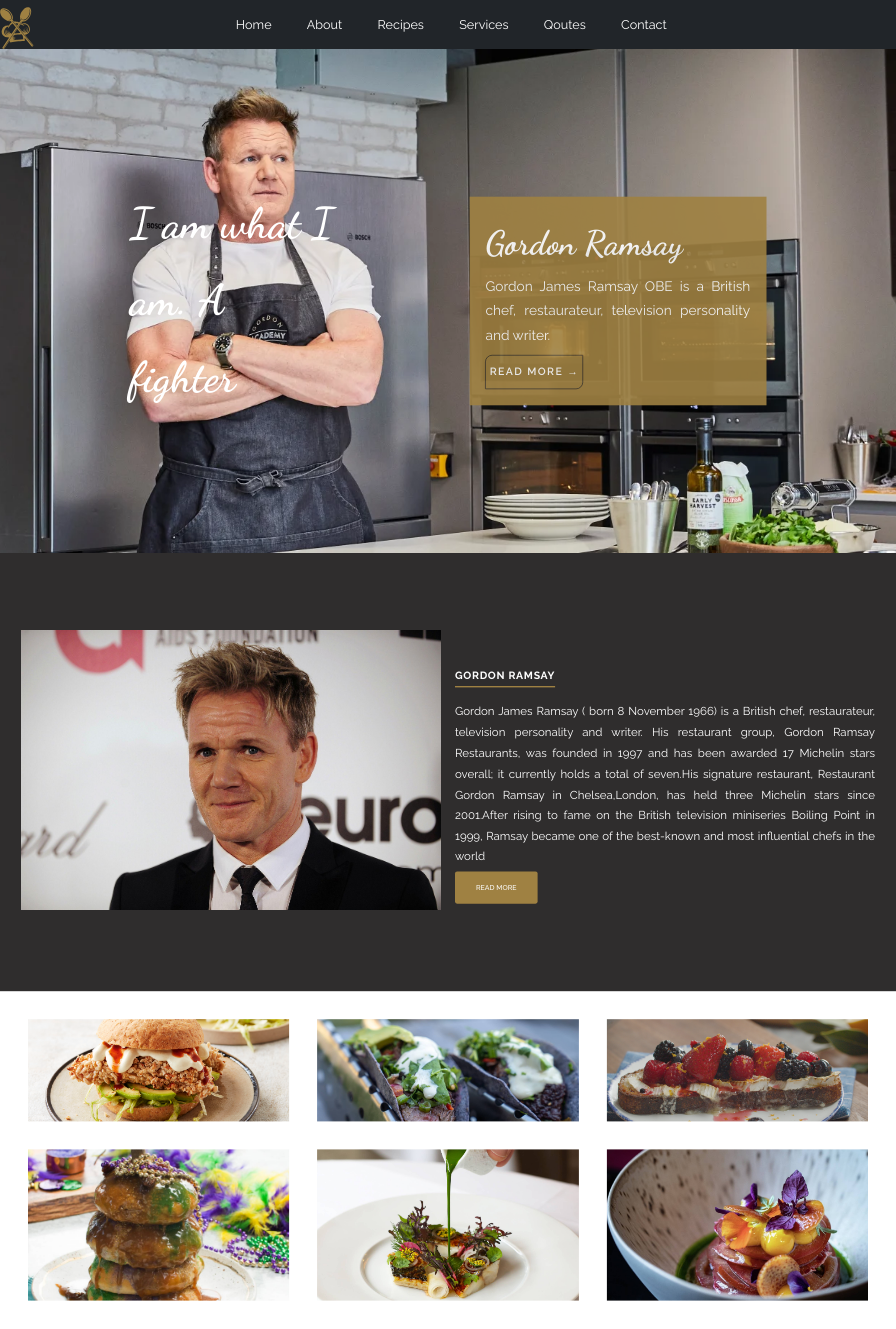
Repository: Esraa22M/Gordon-Ramsay-Biography
Page: index.html
The author's editor kept a copy of each file at every save. The page is drawn from the files as they stood at one save, then again after the next save.
The browser window is 1280 px wide. The pictures show the whole page, at 70% of full size.
Backgrounds fixed to the window are drawn as part of the page. Some web libraries are served in a nearby version.

Above is the page before, as saved 2022-12-19 11:48:31.

After the next save:
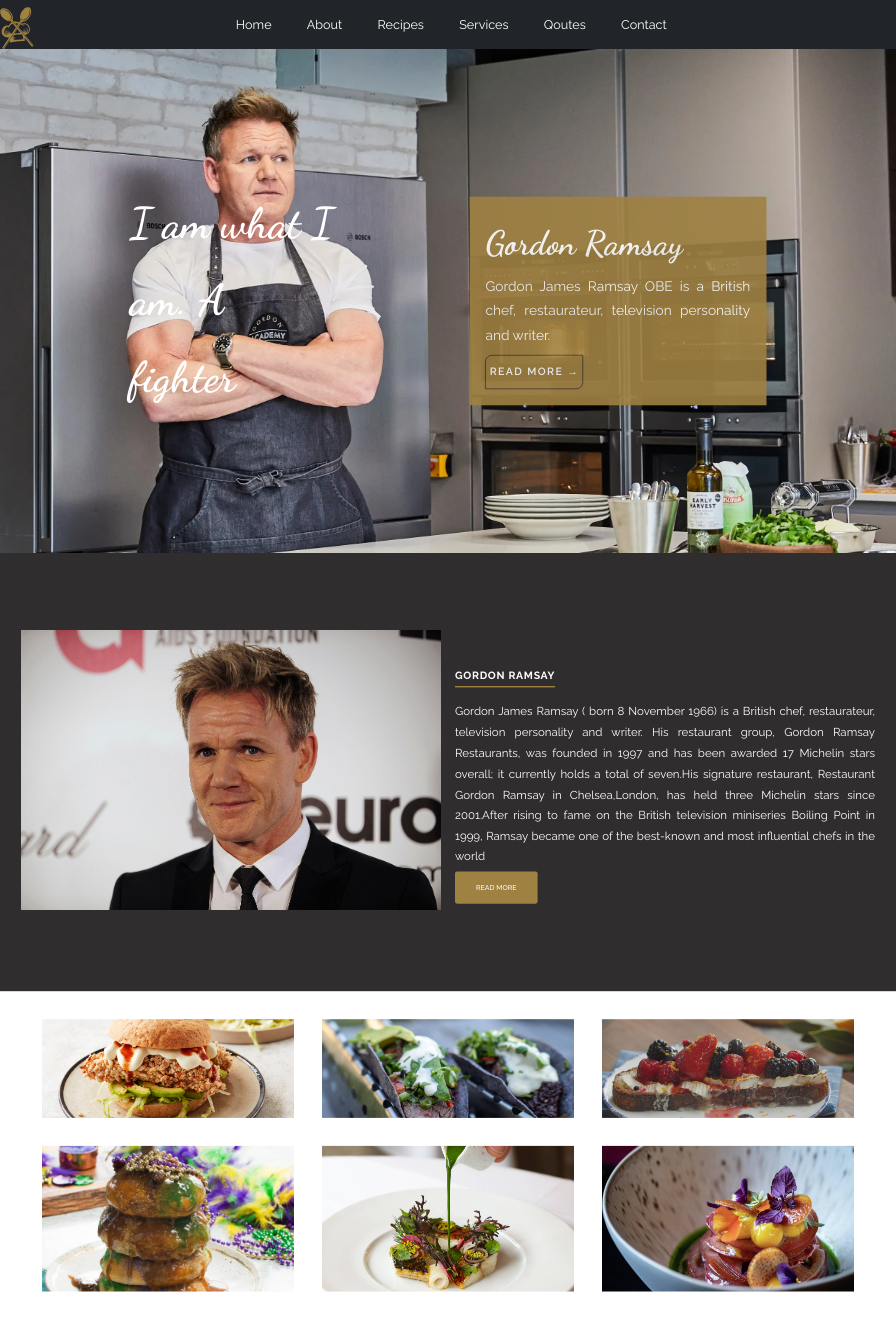
Saved 39 s later.
--- a/style.css
+++ b/style.css
@@ -246,7 +246,7 @@
 }
 div.work__card {
   padding: 2rem;
-  flex-grow: 1;
+  /* flex-grow: 1; */
   flex-basis: 40rem;
 }
 div.work__card img {

After the save that followed:
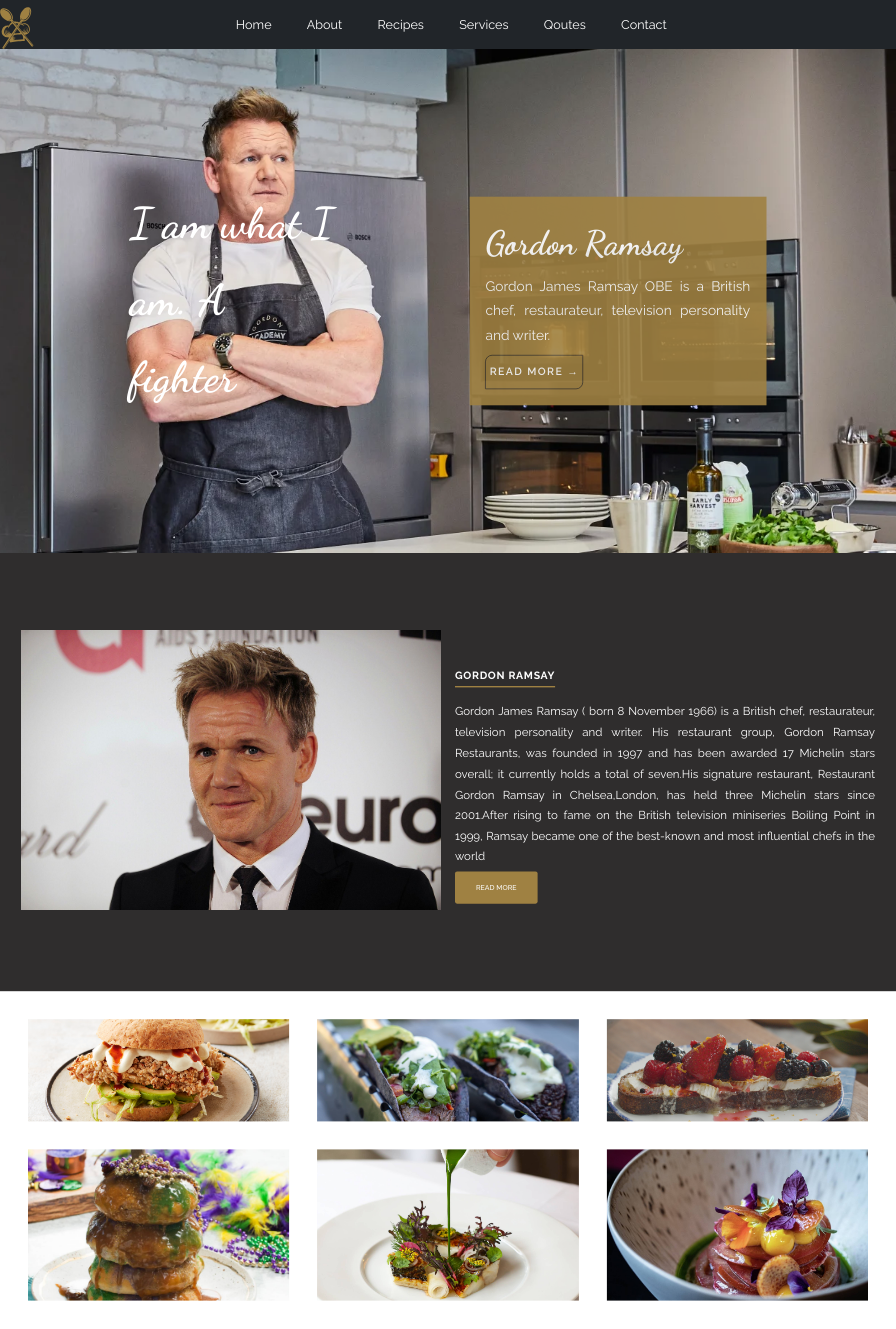
Saved 27 s later.
--- a/style.css
+++ b/style.css
@@ -246,7 +246,7 @@
 }
 div.work__card {
   padding: 2rem;
-  /* flex-grow: 1; */
+  flex-grow: 1;
   flex-basis: 40rem;
 }
 div.work__card img {
